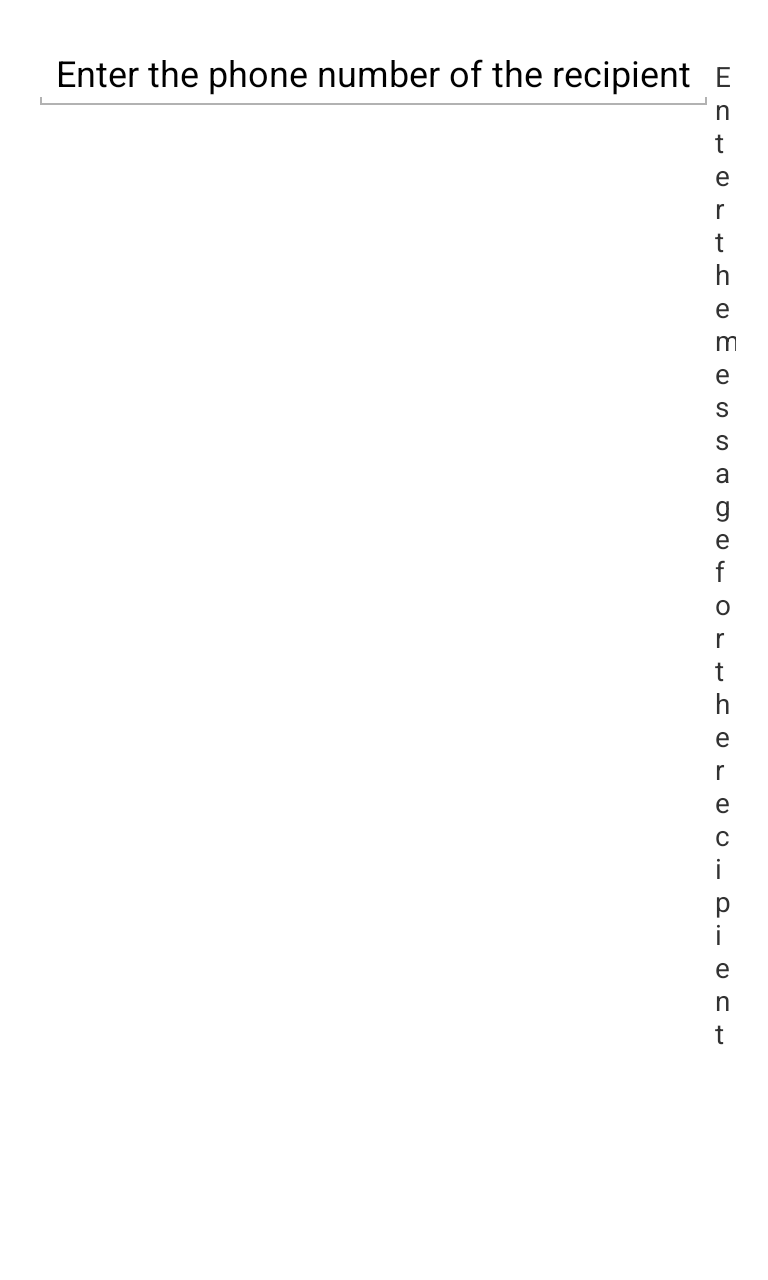
Repository: vedharish/PersonalProjects
Layout: RssToSms/res/layout/activity_send_sms.xml
An editor plug-in stored every save of this project. The layout is shown before and after the next save, followed by the edit.
It is drawn on a 768 x 1280 px phone screen (xhdpi) without system bars, with theme AppTheme; the app's code is not run.

Above is the layout before, as saved 2013-08-12 06:04:10.

### RssToSms/res/layout/activity_send_sms.xml
<LinearLayout xmlns:android="http://schemas.android.com/apk/res/android"
    xmlns:tools="http://schemas.android.com/tools"
    android:layout_width="match_parent"
    android:layout_height="match_parent"
    android:paddingBottom="@dimen/activity_vertical_margin"
    android:paddingLeft="@dimen/activity_horizontal_margin"
    android:paddingRight="@dimen/activity_horizontal_margin"
    android:paddingTop="@dimen/activity_vertical_margin"
    tools:context=".SendSMSActivity" >

    <TextView
        android:layout_width="fill_content"
        android:layout_height="wrap_content"
        android:labelFor="@+id/txtPhoneNumber"
        android:text="@string/phone_number_label" />
    <EditText
        android:id="@+id/txtPhoneNumber"
        android:layout_width="wrap_content"
        android:layout_height="wrap_content"
        android:text="@string/phone_number_label"
        android:inputType="phone" />
    <TextView
        android:layout_width="wrap_content"
        android:layout_height="wrap_content"
        android:text="@string/message_label" />
    <Button
        android:id="@+id/sendButton"
        android:layout_width="wrap_content"
        android:layout_height="wrap_content"
        android:text="@string/button_label" />

</LinearLayout>

### RssToSms/res/values/strings.xml
<?xml version="1.0" encoding="utf-8"?>
<resources>

    <string name="app_name">RssToSms</string>
    <string name="action_settings">Settings</string>
    <string name="phone_number_label">Enter the phone number of the recipient</string>
    <string name="message_label">Enter the message for the recipient</string>
    <string name="button_label">Send</string>

</resources>

Loaded but not shown: RssToSms/res/values/styles.xml (common file); RssToSms/res/values-v11/styles.xml (common file); RssToSms/res/values-v14/styles.xml (common file); RssToSms/res/values/dimens.xml (common file)

After the next save:
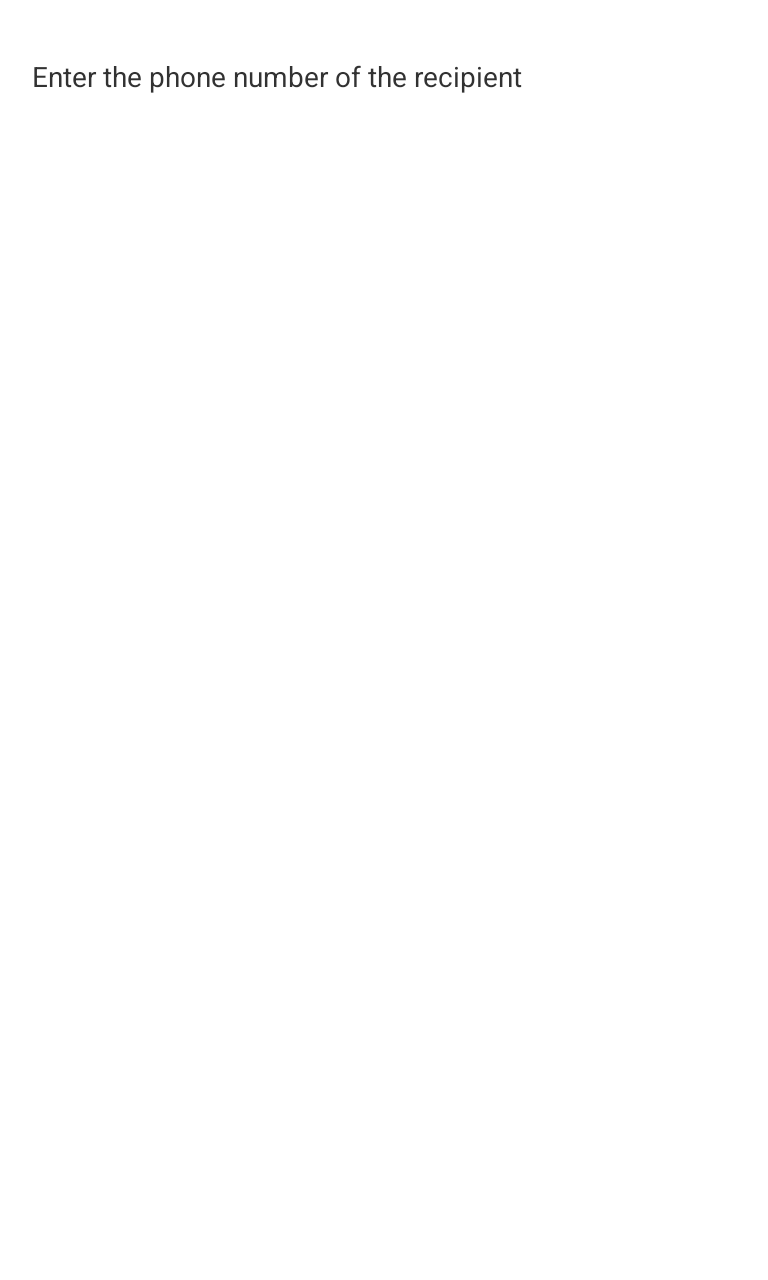
Saved 13 s later.
--- a/RssToSms/res/layout/activity_send_sms.xml
+++ b/RssToSms/res/layout/activity_send_sms.xml
@@ -9,7 +9,7 @@
     tools:context=".SendSMSActivity" >
 
     <TextView
-        android:layout_width="fill_content"
+        android:layout_width="match_parent"
         android:layout_height="wrap_content"
         android:labelFor="@+id/txtPhoneNumber"
         android:text="@string/phone_number_label" />
